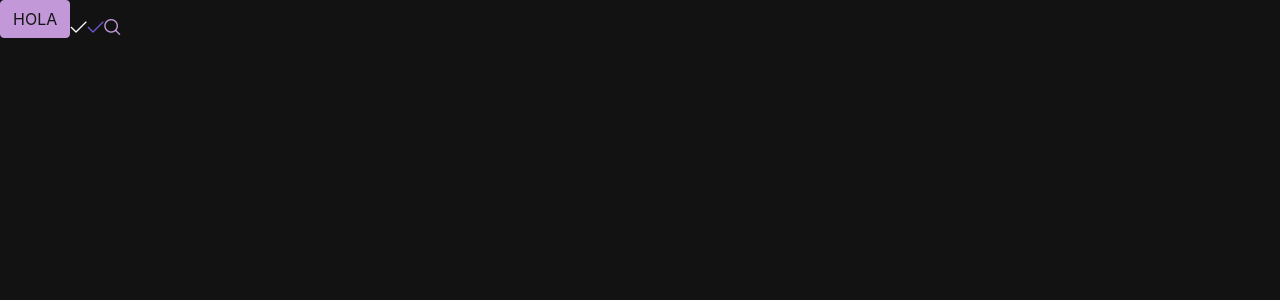
Repository: Valentina-Maraio/coding_challenges
Page: /
The author's editor kept a copy of each file at every save. The page is drawn from the files as they stood at one save, then again after the next save.
The browser window is 1280 px wide. The pictures show the whole page.
The project was rebuilt for these pictures with package versions that can differ from the ones it lists, and the page was loaded fresh each time. Also part of the build but not shown: src/App.css.

Above is the page before, as saved 2024-07-05 11:39:46.

### src/index.js
import React from 'react';
import ReactDOM from 'react-dom/client';
import './index.css';
import App from './App';
import reportWebVitals from './reportWebVitals';
import { PrimeReactProvider } from 'primereact/api';
import 'primeicons/primeicons.css';



const root = ReactDOM.createRoot(document.getElementById('root'));
root.render(
  <React.StrictMode>
    <PrimeReactProvider>
      <App/>
    </PrimeReactProvider>
  </React.StrictMode>
);

// If you want to start measuring performance in your app, pass a function
// to log results (for example: reportWebVitals(console.log))
// or send to an analytics endpoint. Learn more: https://bit.ly/CRA-vitals
reportWebVitals();

### src/App.js
import { Button } from 'primereact/button';
import 'primereact/resources/themes/bootstrap4-dark-purple/theme.css';
import './App.css';

function App() {
  return (
    <>
    <Button>HOLA</Button>
    <i className="pi pi-check"></i>
    <i className="pi pi-check" style={{ color: 'slateblue' }}></i>
    <i className="pi pi-search" style={{ color: 'var(--primary-color)' }}></i>
    </>
  );
}

export default App;

Loaded but not shown: public/index.html (common file); src/index.css (common file); src/reportWebVitals.js (common file)

After the next save:
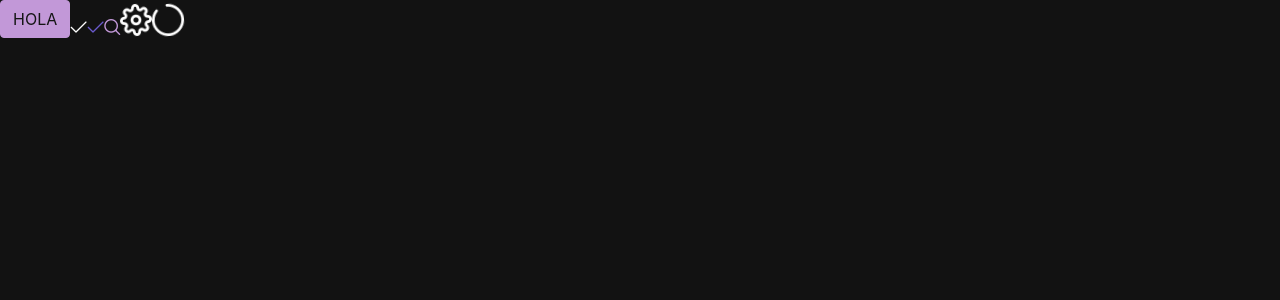
Saved 16 s later.
--- a/src/App.js
+++ b/src/App.js
@@ -9,6 +9,9 @@ function App() {
     <i className="pi pi-check"></i>
     <i className="pi pi-check" style={{ color: 'slateblue' }}></i>
     <i className="pi pi-search" style={{ color: 'var(--primary-color)' }}></i>
+
+    <i className="pi pi-spin pi-cog" style={{ fontSize: '2rem' }}></i>
+    <i className="pi pi-spin pi-spinner" style={{ fontSize: '2rem' }}></i>
     </>
   );
 }
